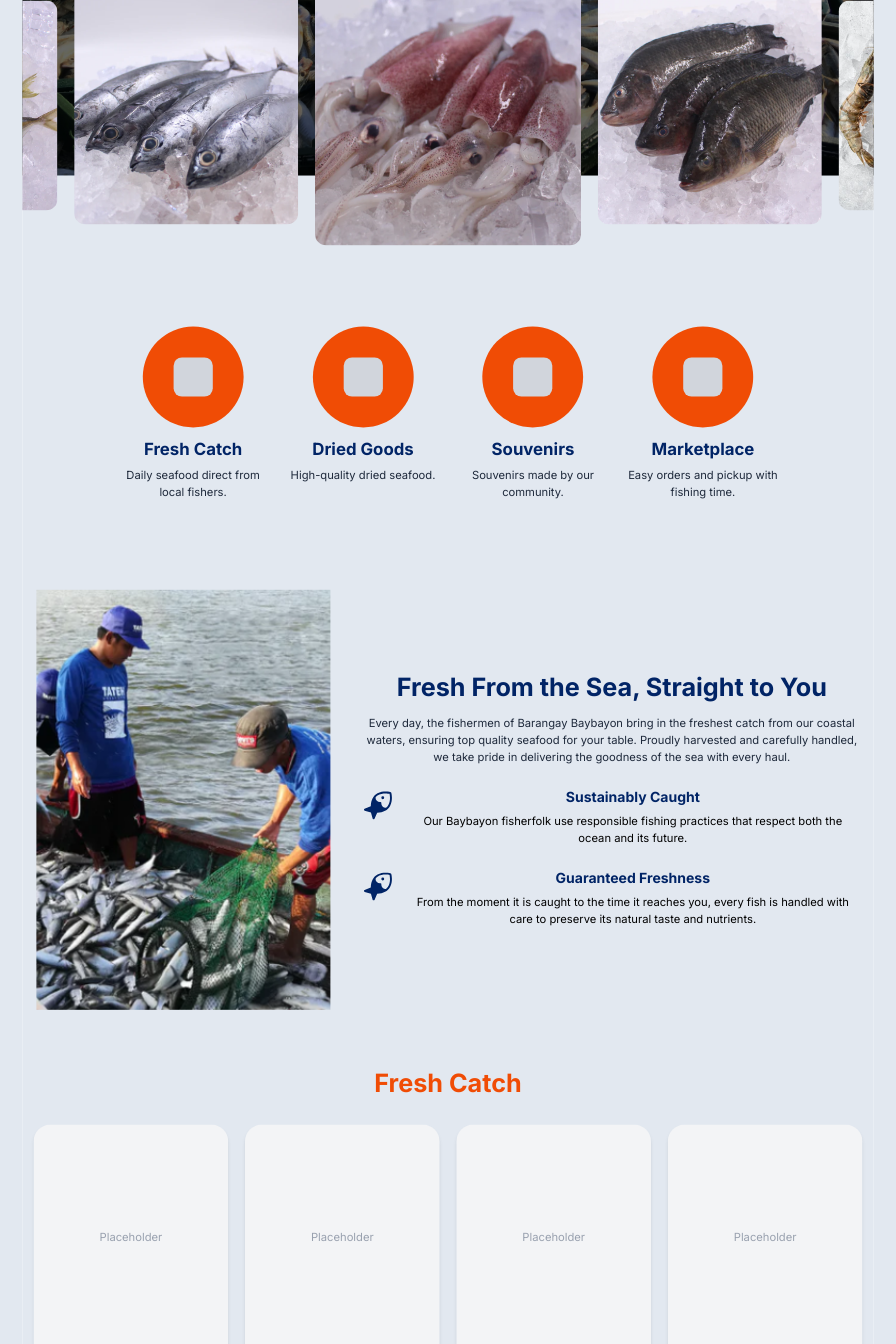
Repository: Coast2Card/coast2cart-frontend
Page: /
The author's editor kept a copy of each file at every save. The page is drawn from the files as they stood at one save, then again after the next save.
The browser window is 1280 px wide. The pictures show the part of the page from y = 602 to 2522 px (the page is 4284 px tall), at 70% of full size.
The project was rebuilt for these pictures with package versions that can differ from the ones it lists, and the page was loaded fresh each time. Also part of the build but not shown: vite.config.js, src/pages/Seafood.jsx, src/pages/Souvenirs.jsx, src/pages/About.jsx, src/pages/Cart.jsx, src/pages/Profile.jsx, src/pages/Colors.jsx.

Above is the page before, as saved 2025-09-13 23:15:03.

After the next save:
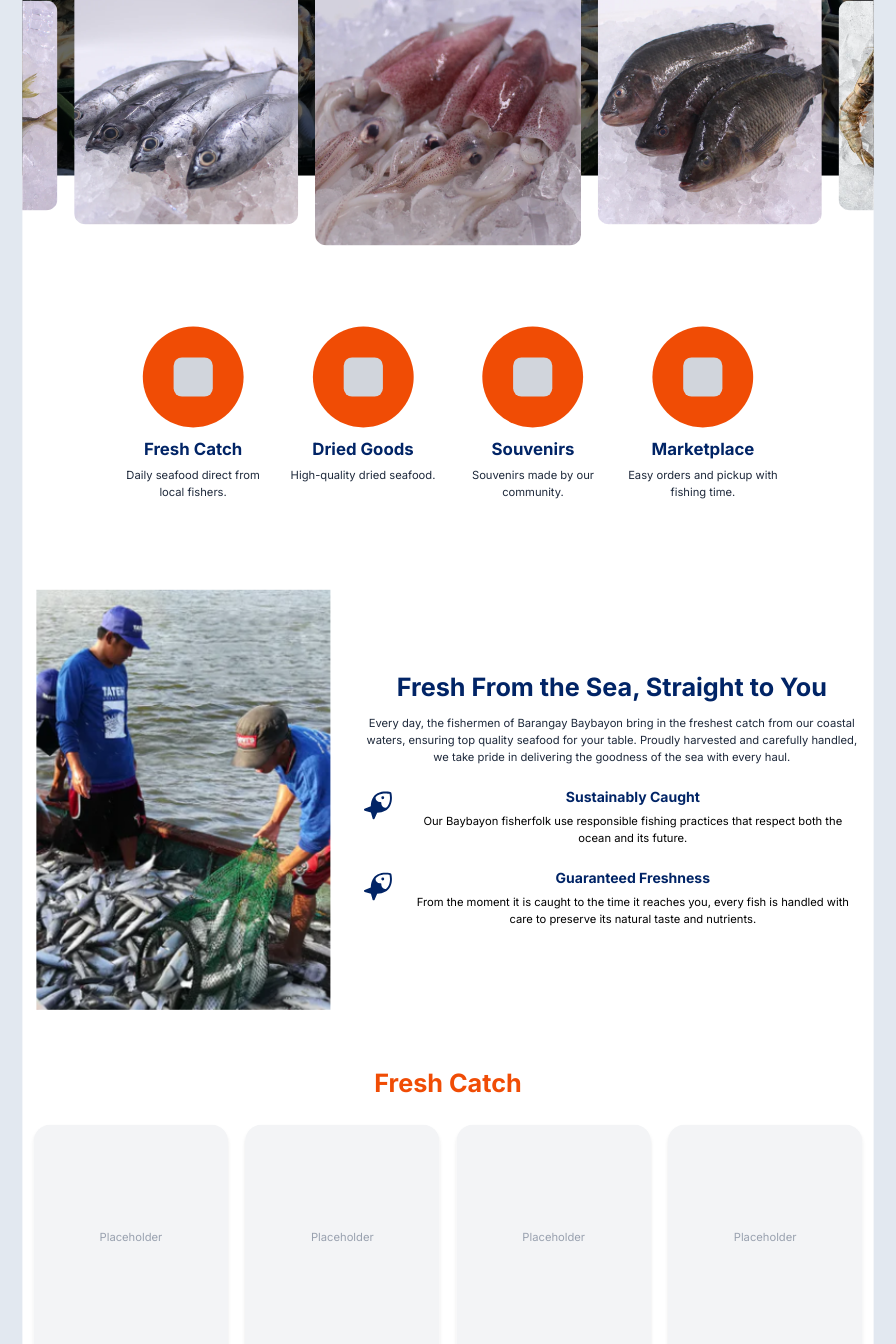
Saved 5 s later.
--- a/src/pages/Home.jsx
+++ b/src/pages/Home.jsx
@@ -12,7 +12,7 @@ import HomeSouvenirs from "../components/home/HomeSouvenirs";
 import CustomButton from "../components/CustomButton";
 const Home = () => {
   return (
-    <main className="relative overflow-x-hidden bg-base-100">
+    <main className="relative overflow-x-hidden ">
       {/* Home Banner */}
       <section className="w-full h-135 sm:h-[70vh] md:h-185 relative">
         <img
